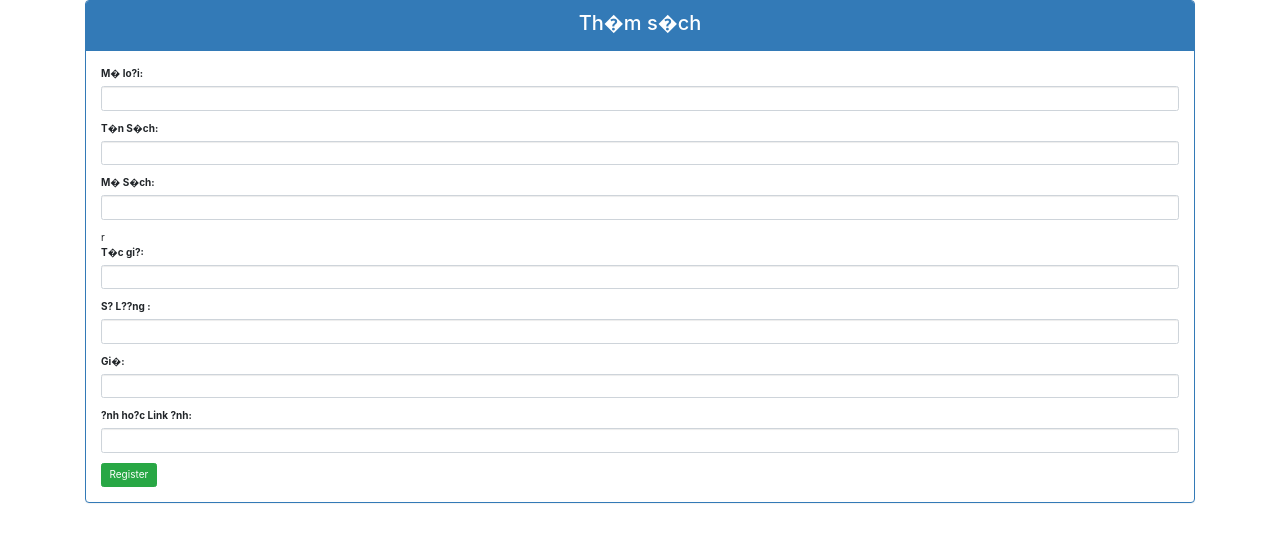
Repository: jehjery/trang-ban-sach
Page: http://localhost/test1/webapp/SuaSach.jsp
The author's editor kept a copy of each file at every save. The page is drawn from the files as they stood at one save, then again after the next save.
The browser window is 1280 px wide. The pictures show the whole page.
The page is served by Tomcat 9. Other server files are loaded and not shown.

Above is the page before, as saved 2022-12-07 03:38:32.

### test1/src/main/webapp/webapp/SuaSach.jsp
<%@page import="bean.sachbean"%>
<%@page import="bean.loaibean"%>
<%@ page language="java" contentType="text/html; chars	et=UTF-8"
    pageEncoding="UTF-8"%>
<!DOCTYPE html>
<html>
<head>
<style>
.form-label{
    color: darkturquoise;
    form-check-label{
    color: darkturquoise!important;
    }
}
</style>
<link rel="stylesheet" href="./sachonl.css">
  <link rel="stylesheet" href="https://maxcdn.bootstrapcdn.com/bootstrap/3.4.1/css/bootstrap.min.css">
	<title>Registation Form * Form Tutorial</title>
	<!-- Latest compiled and minified CSS -->
	<link rel="stylesheet" href="https://maxcdn.bootstrapcdn.com/bootstrap/4.4.1/css/bootstrap.min.css">

	<!-- jQuery library -->
	<script src="https://ajax.googleapis.com/ajax/libs/jquery/3.4.1/jquery.min.js"></script>

	<!-- Popper JS -->
	<script src="https://cdnjs.cloudflare.com/ajax/libs/popper.js/1.16.0/umd/popper.min.js"></script>

	<!-- Latest compiled JavaScript -->
	<script src="https://maxcdn.bootstrapcdn.com/bootstrap/4.4.1/js/bootstrap.min.js"></script>
</head>
<body>
<section class="vh-100">
	<div class="container">
		<div class="panel panel-primary">
			<div class="panel-heading">
				<h2 class="text-center">Thêm sách </h2>
			</div>

			<form action="ThemSach"method="post">
			<div class="panel-body">
				<div class="form-group">

				  <label for="usr">Mã loại:</label>
				  <input
				  name= "maloai" required="true" type="text" class="form-control" id="usr">
				</div>
				<div class="form-group">
				  <label for="usr">Tên Sách:</label>
				  <input
				  name= "Tensach" required="true" type="text" class="form-control" id="usr">
				</div>

					<div class="form-group">
				  <label for="usr">Mã Sách:</label>
				  <input
				  name= "masach" required="true" type="text" class="form-control" id="usr">
				</div>r
				<div class="form-group">
				  <label for="usr">Tác giả:</label>
				  <input
				  name= "tacgia" required="true" type="text" class="form-control" id="usr">
				</div>
						<div class="form-group">
				  <label for="usr">Số Lượng :</label>
				  <input
				  name= "soluong" required="true" type="text" class="form-control" id="usr">
				</div>
				<div class="form-group">
				  <label for="usr">Giá:</label>
				  <input
				  name= "gia" required="true" type="text" class="form-control" id="usr">
				</div>

					<div class="form-group">
				  <label for="usr">Ảnh hoặc Link Ảnh:</label>
				  <input
				  name= "Anh" required="true" type="text" class="form-control" id="usr">
				</div>

				<!-- <div class="form-group">
				  <label for="address">Address:</label>
				  <input type="text" class="form-control" id="address">
				</div> -->
				<!-- <div class="form-group">
				  <label for="email">Email:</label>
				  <input required="true" type="email" class="form-control" id="email">
				</div> -->
				<!-- <div class="form-group">
				  <label for="birthday">Birthday:</label>
				  <input type="date" class="form-control" id="birthday">
				</div> -->
				<button  class="btn btn-success">Register</button>
			</div>
			</form>
		</div>
	</div>
</body>
</html>

### test1/src/main/webapp/webapp/sachonl.css
.gradient-custom-2 {
/* fallback for old browsers */
background: #fccb90;

/* Chrome 10-25, Safari 5.1-6 */
background: -webkit-linear-gradient(to right, #ee7724, #d8363a, #dd3675, #b44593);

/* W3C, IE 10+/ Edge, Firefox 16+, Chrome 26+, Opera 12+, Safari 7+ */
background: linear-gradient(to right, #ee7724, #d8363a, #dd3675, #b44593);
}

@media (min-width: 768px) {
.gradient-form {
height: 100vh !important;
}
}
@media (min-width: 769px) {
.gradient-custom-2 {
border-top-right-radius: .3rem;
border-bottom-right-radius: .3rem;
}
}

After the next save:
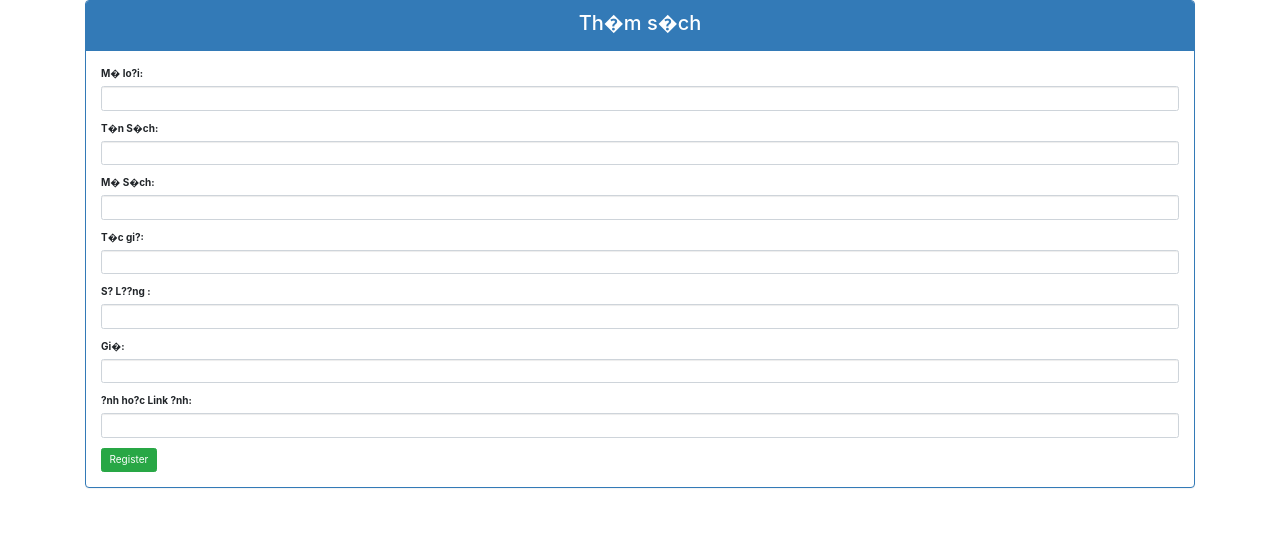
Saved 6 s later.
--- a/test1/src/main/webapp/webapp/SuaSach.jsp
+++ b/test1/src/main/webapp/webapp/SuaSach.jsp
@@ -54,7 +54,7 @@
 				  <label for="usr">Mã Sách:</label>
 				  <input
 				  name= "masach" required="true" type="text" class="form-control" id="usr">
-				</div>r
+				</div>
 				<div class="form-group">
 				  <label for="usr">Tác giả:</label>
 				  <input
